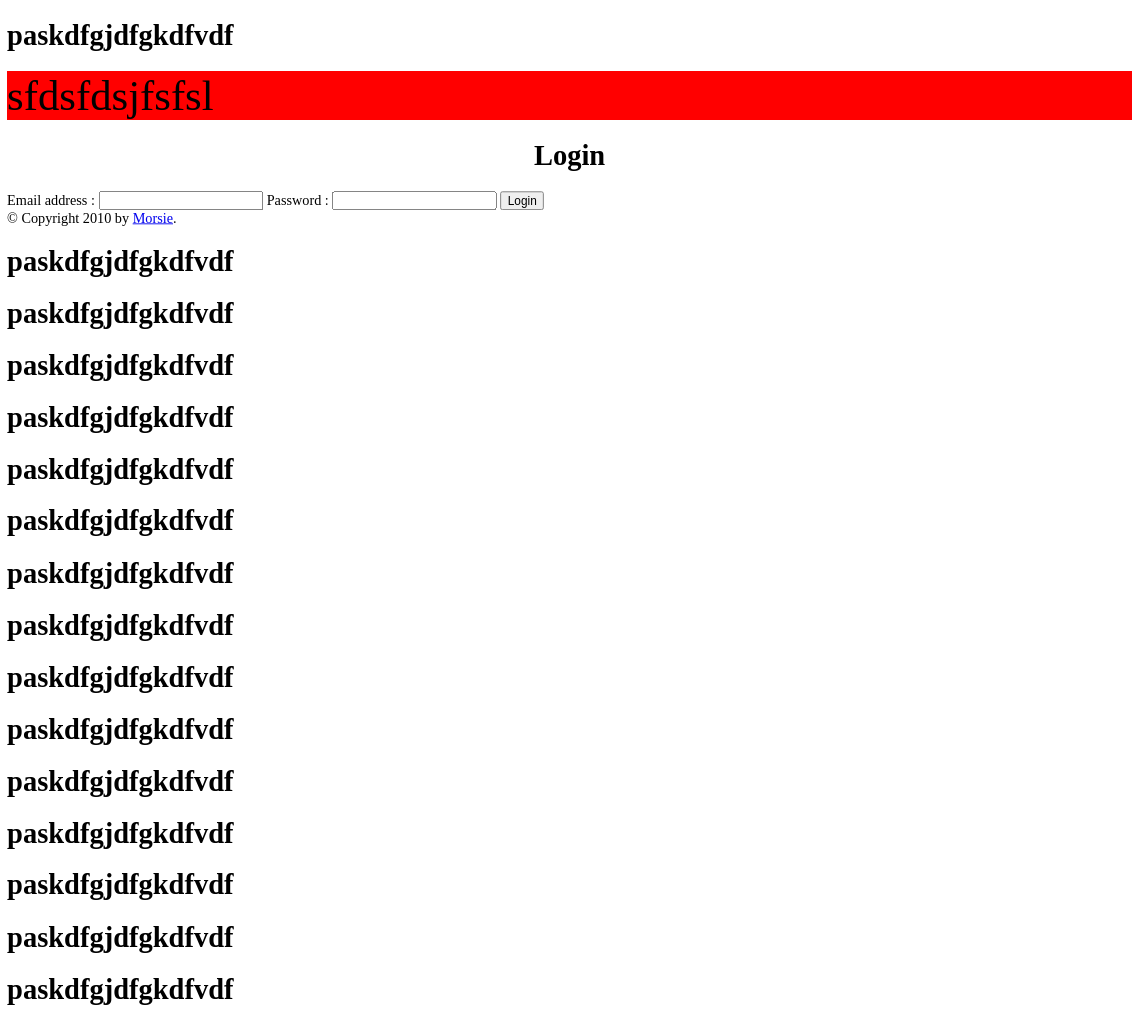
Repository: MorsChen/python-blog
Page: http://localhost/login?next=%2Fnewpost
The author's editor kept a copy of each file at every save. The page is drawn from the files as they stood at one save, then again after the next save.
The browser window is 1280 px wide. The pictures show the whole page, at 89% of full size.
The page is served by the project's application, run on Flask 3 (default.py).

Above is the page before, as saved 2019-09-09 15:59:59.

### templates/login.html
{% extends 'index.html' %}
{%block title%} Login {% endblock%}
{% block content %}
<form method="POST">
    <h1 style="text-align:center"> Login </h1>
    {{form.hidden_tag()}}
    {{form.email.label}} : {{form.email()}}
    {{form.password.label}} : {{form.password()}}
    {{form.submit}}

</form>


{% endblock %}

### templates/index.html
<!doctype html>
<html>
  <head>
    {% block head %}
    <link rel="stylesheet" href="{{ url_for('static', filename='style.css') }}">
    <title>{% block title %}{% endblock %} - My Blog Webpage</title>
    {% endblock %}
  </head>
  <body>
      <div><h1>paskdfgjdfgkdfvdf</h1></div>
      <nav class="NavBar">sfdsfdsjfsfsl</nav>

      <div id="content">
          {% with messages = get_flashed_messages(with_categories=true) %}
          <!-- Categories: success (green), info (blue), warning (yellow), danger (red) -->
          {% if messages %}
            {% for category, message in messages %}
              <div class="alert alert-{{ category }} alert-dismissible" role="alert">
              <button type="button" class="close" data-dismiss="alert" aria-label="Close"><span aria-hidden="true">&times;</span></button>
              <!-- <strong>Title</strong> --> {{ message }}
              </div>
            {% endfor %}
          {% endif %}
        {% endwith %}

    <div id="content">{% block content %}{% endblock %}</div>
    <div id="footer">
      {% block footer %}
      &copy; Copyright 2010 by <a href="http://domain.invalid/">Morsie</a>.
      {% endblock %}
    </div>
    <div><h1>paskdfgjdfgkdfvdf</h1></div><div><h1>paskdfgjdfgkdfvdf</h1></div><div><h1>paskdfgjdfgkdfvdf</h1></div><div><h1>paskdfgjdfgkdfvdf</h1></div><div><h1>paskdfgjdfgkdfvdf</h1></div><div><h1>paskdfgjdfgkdfvdf</h1></div><div><h1>paskdfgjdfgkdfvdf</h1></div><div><h1>paskdfgjdfgkdfvdf</h1></div><div><h1>paskdfgjdfgkdfvdf</h1></div><div><h1>paskdfgjdfgkdfvdf</h1></div><div><h1>paskdfgjdfgkdfvdf</h1></div><div><h1>paskdfgjdfgkdfvdf</h1></div><div><h1>paskdfgjdfgkdfvdf</h1></div><div><h1>paskdfgjdfgkdfvdf</h1></div><div><h1>paskdfgjdfgkdfvdf</h1></div>
  </body>
</html>

### default.py
import os
from flask import Flask, request, render_template, redirect, url_for, flash
from flask_migrate import Migrate
from flask_sqlalchemy import SQLAlchemy
from werkzeug.security import generate_password_hash, check_password_hash
from datetime import datetime
from flask_wtf import FlaskForm
from wtforms import StringField, SubmitField, PasswordField
from wtforms.validators import DataRequired, Email, EqualTo, ValidationError, Length
from flask_login import LoginManager, UserMixin, login_user, logout_user, current_user, login_required

#setting
app = Flask(__name__)
db = SQLAlchemy(app)
app.config['SECRET_KEY']="SUPERSECRET"

migrate = Migrate(app,db)

login_manager = LoginManager(app)
login_manager.init_app(app)
login_manager.login_view = 'login'


#setting connection
POSTGRES = {
    'user': "khoa",
    'pw': "zzz",
    'db': 'bloghehe',
    'host': "localhost",
    'port': 5432,
}
app.config['SQLALCHEMY_DATABASE_URI'] = 'postgresql://%(user)s:%(pw)s@%(host)s:\
%(port)s/%(db)s' % POSTGRES







#define models

class Users(UserMixin, db.Model):
  id = db.Column(db.Integer, primary_key=True)
  username = db.Column(db.String, nullable=False, unique=True)
  email = db.Column(db.String, nullable=False, unique=True)
  password = db.Column(db.String, nullable=False)
  posts = db.relationship("Posts", backref="users", lazy="dynamic")
  comments = db.relationship("Comments", backref="users", lazy="dynamic")

  def set_pass(self,passw):
    self.password =  generate_password_hash(passw)
  def check_pass(self,passw):
    return check_password_hash(self.password,passw)

class Posts(db.Model):
  id = db.Column(db.Integer, primary_key=True)
  title = db.Column(db.String, nullable=False)
  body = db.Column(db.String, nullable=False)
  created = db.Column(db.DateTime, nullable=False)
  updated = db.Column(db.DateTime)
  author =  db.Column(db.Integer, db.ForeignKey('users.id'), nullable=False)
  comments = db.relationship('Comments', backref="posts", lazy="dynamic")

class Comments(db.Model):
  id = db.Column(db.Integer, primary_key=True)
  body = db.Column(db.String, nullable=False)
  created = db.Column(db.DateTime, nullable=False)
  updated = db.Column(db.DateTime)
  author =  db.Column(db.Integer, db.ForeignKey('users.id'), nullable=False)
  post = db.Column(db.Integer, db.ForeignKey('posts.id'), nullable=False)

db.create_all()


@login_manager.user_loader
def load_user(user_id):
    return Users.query.get(user_id)



#define forms
class Register(FlaskForm):
  username = StringField("User Name", validators=[DataRequired("Please input your username"), Length(min=3, max=20, message="username must have at least 3 char and max 20 chars")])
  email = StringField("Email address", validators=[DataRequired(), Email("Please input an appropriate email address")])
  password = StringField("Password", validators=[DataRequired(), EqualTo("confirm")])
  confirm = StringField("Password", validators=[DataRequired()])
  submit = SubmitField("Register")

  def validate_username(self, field):
        if Users.query.filter_by(username=field.data).first() :
            raise ValidationError("Your username has been registered!!")
  def validate_email(self, field):
        if Users.query.filter_by(email=field.data).first() :
            raise ValidationError("Your email has been registered!!")


class Login(FlaskForm):
  email = StringField("Email address", validators=[DataRequired(), Email("Please input an appropriate email address")])
  password = PasswordField("Password", validators=[DataRequired()])
  submit = SubmitField("Login")

class NewPost(FlaskForm):
  title = StringField("Blog Title", validators=[DataRequired(), Length(min=3,max=255, message="min 3, max 255")])
  body = StringField("Content", validators=[DataRequired(), Length(min=3,max=10000, message="min 3, max 10000")])
  submit = SubmitField("Post")

class New_comment(FlaskForm):
  body = StringField("Comment content", validators=[DataRequired(), Length(min=3, max=1000, message="min 3, max 1000")])
  submit = SubmitField("Comment")

@app.route('/register', methods=['post','get'])
def register():
  form = Register()

  if request.method=="POST":
    if form.validate_on_submit():
      new_user = Users(username = form.username.data,
                        email = form.email.data,
                        )
      new_user.set_pass(form.password.data)
      db.session.add(new_user)
      db.session.commit()
      return redirect(url_for("home"))
    else:
      for field_name, errors in form.errors.items():
          flash(errors)
      return redirect((url_for('register')))
  return render_template('register.html', form = form)

@app.route('/login', methods=['post','get'])
def login():
  form = Login()
  if request.method == 'POST':
    check = Users.query.filter_by(email=form.email.data).first()
    if check :
      if check.check_pass(form.password.data):
        login_user(check)
        return redirect(url_for("home"))
    else:
      flash(["email address not exist"])
      return redirect(url_for('register'))
  return render_template('login.html', form = form)

@app.route('/logout')
@login_required
def logout():
  logout_user()
  return redirect(url_for('login'))

@app.route('/')
def home():
  posts = Posts.query.all()
  return render_template('index.html', posts = posts)


@app.route('/newpost', methods=['post', 'get'])
@login_required
def newpost():
  form = NewPost()
  if request.method == 'POST':
    new_post = Posts(title=form.title.data,
                    body=form.body.data,
                    created = datetime.now())
    current_user.posts.append(new_post)
    db.session.add(new_post)
    db.session.commit()
    return "ok"
  return render_template('newpost.html', form=form)

@app.route('/editpost/<id>', methods=['post','get'])
@login_required
def edit_post(id):
  form = NewPost()
  post = Posts.query.filter_by(id=id, author = current_user.id).first()
  if not post:
    flash([["you are not allowed to edit this post"]])
    return redirect(url_for("home"))
  else:
    if request.method == 'POST':
      post.title = form.title.data
      post.body = form.body.data
      post.updated = datetime.now()
      db.session.commit()
      return "ok"
      # return redirect(url_for('post'))
  return render_template('editpost.html', form = form )

@app.route('/delete_post/<id>', methods=['get'])
@login_required
def delete_post(id):
  post = Posts.query.filter_by(id=id, author=current_user.id).first()
  if post:
    db.session.delete(post)
    db.session.commit()
  else:
    flash(['You are not allowed to delete this post'])
  return redirect(url_for('home'))

@app.route('/single_post/<id>', methods=['get'])
def single_post(id):
  post = Posts.query.filter_by(id=id).first()  # 1 item
  comments = post.comments.all()  # a list
  return render_template('single_post.html', post = post, comments = comments)


@app.route('/posts/<id>/comments', methods=['POST','GET'])
def new_comment(id):
  form = New_comment()
  if request.method == 'POST':
    if form.validate_on_submit():
      post = Posts.query.filter_by(id=id).first()
      c = Comments(body=form.body.data,
                    created = datetime.now(),
                    # author = current_user.id,
                    )
      current_user.comments.append(c) # autho
      post.comments.append(c)      # post
      db.session.add(c)
      db.session.commit()
      return redirect(url_for('single_post', id=id))
    else:
      for field_name, errors in form.errors.items():
          flash(errors)
      return redirect((url_for('new_comment')))
  return render_template('new_comment.html', form = form)



@app.route('/khoa', methods=['get','options',"DELETE"])
def khoa():
  if request.method == "DELETE":
    return "KHOA IS COOL"
  return "NOPE"


if __name__ == "__main__":
  app.run(debug=True, port=5001)

### static/style.css
.NavBar {
    display: flex;
    position: sticky;
    top: 0;
    background-color: red;
    font-size: 3rem;
}

After the next save:
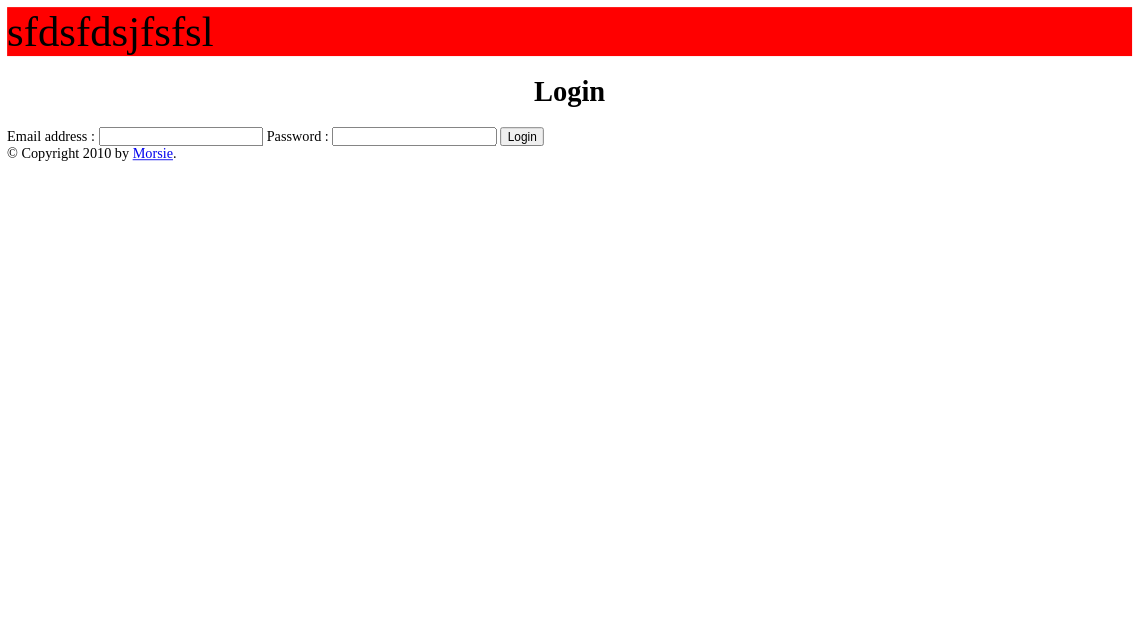
Saved 23 s later.
--- a/templates/index.html
+++ b/templates/index.html
@@ -7,7 +7,6 @@
     {% endblock %}
   </head>
   <body>
-      <div><h1>paskdfgjdfgkdfvdf</h1></div>
       <nav class="NavBar">sfdsfdsjfsfsl</nav>
 
       <div id="content">
@@ -29,6 +28,5 @@
       &copy; Copyright 2010 by <a href="http://domain.invalid/">Morsie</a>.
       {% endblock %}
     </div>
-    <div><h1>paskdfgjdfgkdfvdf</h1></div><div><h1>paskdfgjdfgkdfvdf</h1></div><div><h1>paskdfgjdfgkdfvdf</h1></div><div><h1>paskdfgjdfgkdfvdf</h1></div><div><h1>paskdfgjdfgkdfvdf</h1></div><div><h1>paskdfgjdfgkdfvdf</h1></div><div><h1>paskdfgjdfgkdfvdf</h1></div><div><h1>paskdfgjdfgkdfvdf</h1></div><div><h1>paskdfgjdfgkdfvdf</h1></div><div><h1>paskdfgjdfgkdfvdf</h1></div><div><h1>paskdfgjdfgkdfvdf</h1></div><div><h1>paskdfgjdfgkdfvdf</h1></div><div><h1>paskdfgjdfgkdfvdf</h1></div><div><h1>paskdfgjdfgkdfvdf</h1></div><div><h1>paskdfgjdfgkdfvdf</h1></div>
   </body>
 </html>
